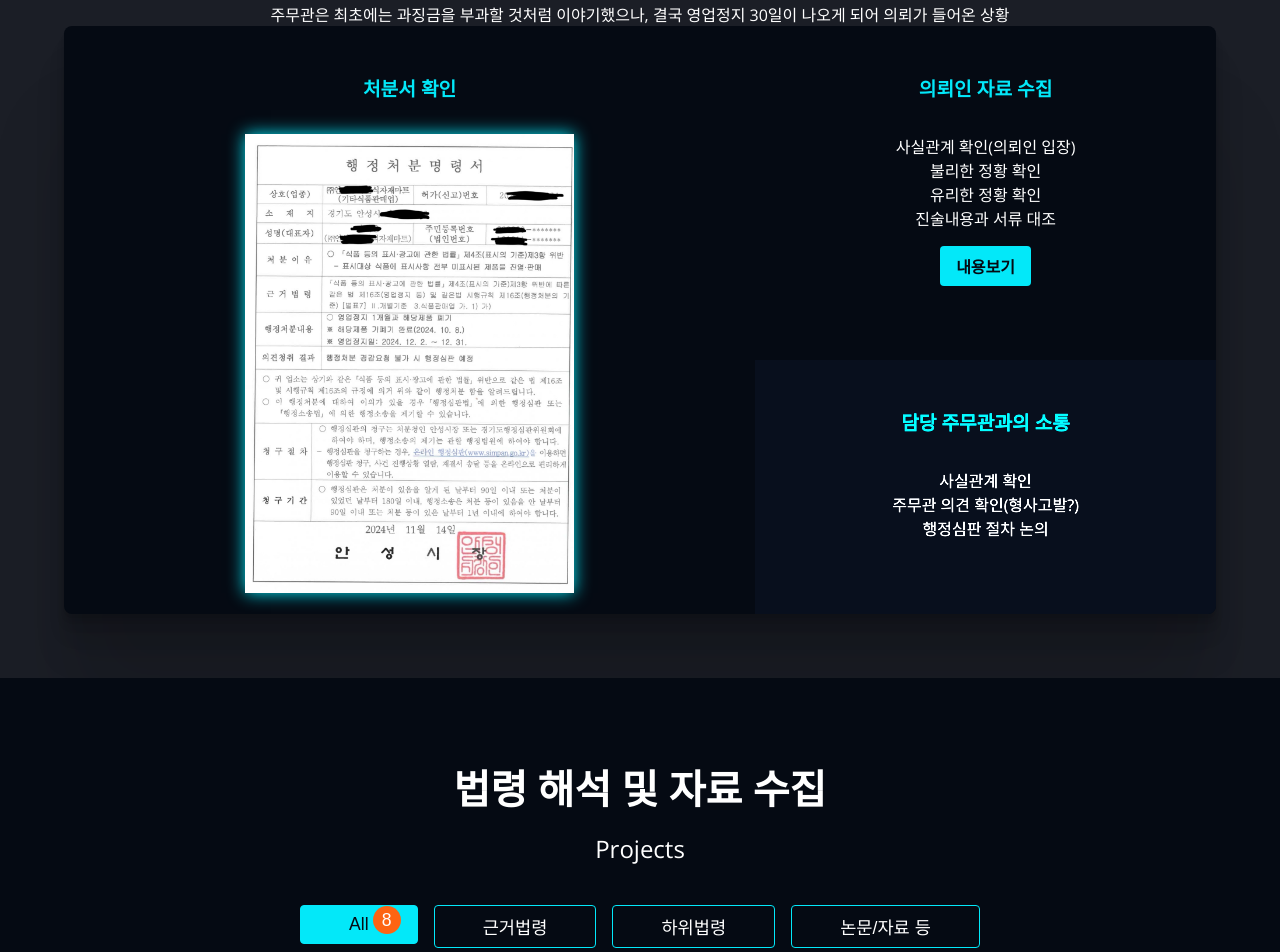
Repository: eggmoon/eggmoon_new
Page: index.html
These files come from the project's save history. The page is drawn as it stood at one moment and after the next save; the edit follows.
The browser window is 1280 px wide. The pictures show the part of the page from y = 1625 to 2577 px (the page is 4369 px tall).
A picture or video elsewhere on the page could not be fetched, so the positions and the page height are approximate. Some web libraries are served in a nearby version.

Above is the page before, as saved 2025-02-26 19:55:25.
Console error: ReferenceError: const등 is not defined

After the next save:
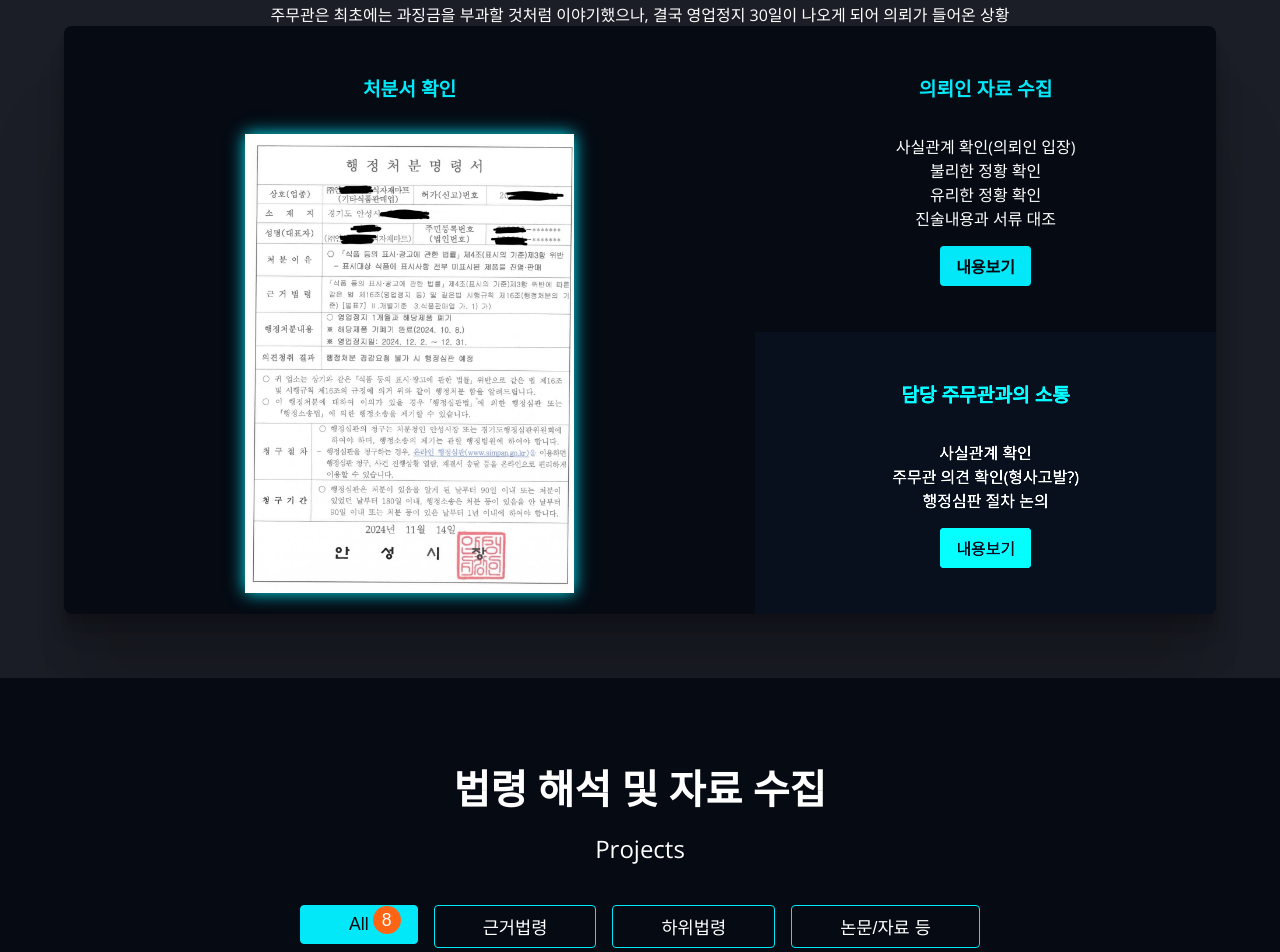
Saved 20 s later.
--- a/index.html
+++ b/index.html
@@ -159,6 +159,7 @@
                 <li>사실관계 확인</li>
                 <li>주무관 의견 확인(형사고발?)</li>
                 <li>행정심판 절차 논의</li>
+                <li><a class="home__contact" href="#contact">내용보기</a></li>
               </ul>
             </section>
           </div>
